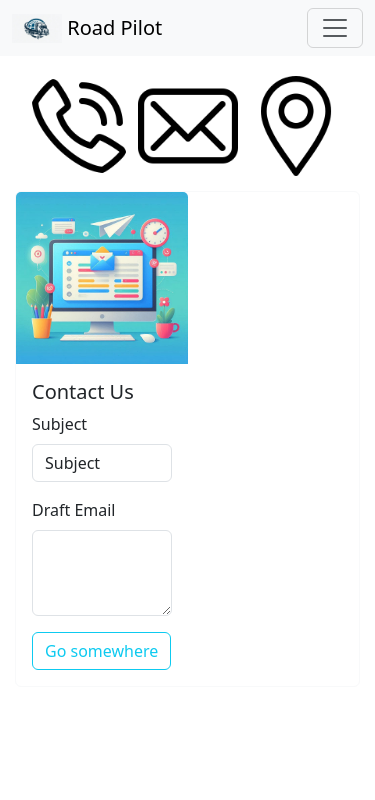
Repository: VictoriousMango/WebCreator
Page: pages/contact.html
The author's editor kept a copy of each file at every save. The page is drawn from the files as they stood at one save, then again after a run of saves.
The browser window is 375 px wide. The pictures show the whole page.

Above is the page before, as saved 2024-11-09 13:13:56.

After the next 5 saves:
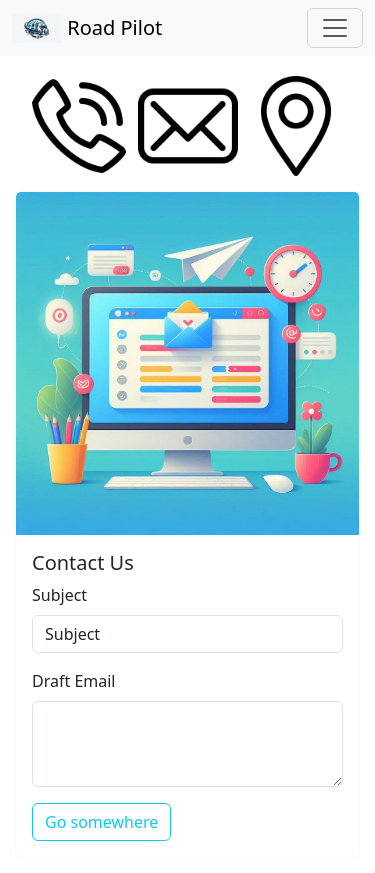
The 5 saves are shown as one change because they came seconds apart.
The last was saved 16 s later.
--- a/assets/css/contact.css
+++ b/assets/css/contact.css
@@ -20,17 +20,21 @@
     flex-wrap: wrap;
     justify-content: flex-start;
 }
-
-@media (max-width: 600px) {
-    .card {
-        flex-direction: column;
-    }
-
-}
-
 .card-img-top{
     width: 50%;
 }
 .card-body {
     width: 50%;
 }
+
+@media (max-width: 600px) {
+    .card {
+        flex-direction: column;
+    }
+    .card-img-top{
+        width: 100%;
+    }
+    .card-body {
+        width: 100%;
+    }
+}
